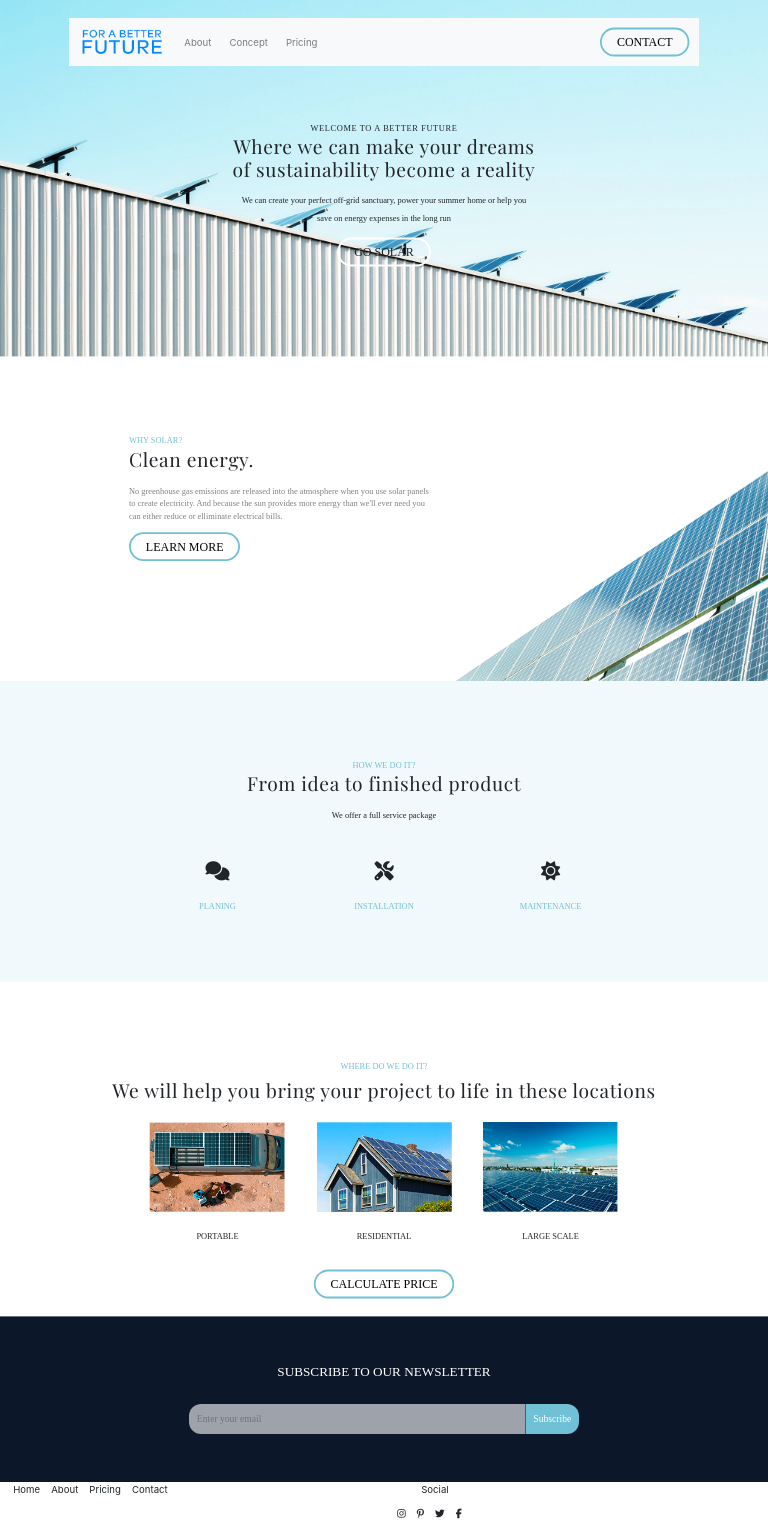
Repository: sabinemm/fabf
Page: index.html
The author's editor kept a record of every edit. The page is drawn from the files as they stood at one moment, then again after the next edit.
The browser window is 1280 px wide. The pictures show the whole page, at 60% of full size.
Backgrounds fixed to the window are drawn as part of the page. Some web fonts or font styles are not loaded; a fallback is used. Some web libraries are served in a nearby version.

Above is the page before.
Console error (its wording comes from the project's code and is left out).

### index.html
<!DOCTYPE html>
<html lang="en">

<head>
    <meta charset="UTF-8">
    <meta name="viewport" content="width=device-width, initial-scale=1.0">
    <meta http-equiv="X-UA-Compatible" content="ie=edge">
    <link rel="stylesheet" href="style.css" type="text/css" />
    <link rel="stylesheet" href="https://stackpath.bootstrapcdn.com/bootstrap/4.3.1/css/bootstrap.min.css" integrity="sha384-ggOyR0iXCbMQv3Xipma34MD+dH/1fQ784/j6cY/iJTQUOhcWr7x9JvoRxT2MZw1T" crossorigin="anonymous">
    <link rel="stylesheet" media="screen" href="https://fontlibrary.org/face/roundo" type="text/css" />
    <link rel="stylesheet" media="screen" href="https://fontlibrary.org/face/source-sans-pro" type="text/css" />
    <link href="https://fonts.googleapis.com/css?family=Playfair+Display&display=swap" rel="stylesheet">
     <script src="https://kit.fontawesome.com/7e530e9396.js"></script>
    <script src="//maxcdn.bootstrapcdn.com/bootstrap/3.3.0/js/bootstrap.min.js"></script>
    <script src="//code.jquery.com/jquery-1.11.1.min.js"></script>

    <title>FOR A BETTER FUTURE</title>
</head>

<body>

    <!–-----– NAVBAR ------->

    <div class="container">
        <nav class="navbar navbar-fixed-top navbar-expand-lg navbar-light bg-light">
            <a class="navbar-brand" href="#">
          <img src="img/logo.svg" height="50px"alt="logo">
        </a>
            <button class="navbar-toggler" type="button" data-toggle="collapse" data-target="#navbarText" aria-controls="navbarText" aria-expanded="false" aria-label="Toggle navigation">
    <span class="navbar-toggler-icon"></span>
  </button>
            <div class="collapse navbar-collapse justify-content-center" id="navbarText">
                <ul class="navbar-nav mr-auto">
                    <li class="nav-item">
                        <a class="nav-link" href="#">About</a>
                    </li>
                    <li class="nav-item">
                        <a class="nav-link" href="#">Concept</a>
                    </li>
                    <li class="nav-item">
                        <a class="nav-link" href="#">Pricing</a>
                    </li>
                </ul>
                <span class="navbar-text">
          <button type="button" class="btn btn-blue-border">CONTACT</button>
    </span>
            </div>
        </nav>
    </div>

    <!–-----– FIRST SECTION ------->

    <section id="parallax">
        <div class="container">
            <div class="ltitle text-center">
                <p class="uppercase stitle">WELCOME TO A BETTER FUTURE</p>
                <h2> Where we can make your dreams <br> of sustainability become a reality </h2>
                <p class="tparagraph"> We can create your perfect off-grid sanctuary, power your summer home or help you <br> save on energy expenses in the long run</p>
                <button type="button" class="btn  btn-transp-white-border">GO SOLAR</button>
            </div>
        </div>
    </section>

    <!–-----– SECOND SECTION - WHY?------->

    <section id="clean">
        <div class="container container-fluid section-2">
            <div class="row">
                <div class="col col-md-6">
                    <p class="uppercase stitle stitle-blue">WHY SOLAR?</p>
                    <h2 class="ltitle ltitle2"> Clean energy.</h2>
                    <p class="tparagraph tparagraph2"> No greenhouse gas emissions are released into the atmosphere when you use solar panels to create electricity. And because the sun provides more energy than we'll ever need you can either reduce or elliminate electrical bills. </p>
                    <button type="button" class="btn btn-blue-border">LEARN MORE</button>

                </div>
            </div>

            <div class="container">
                <div class="col col-md-6 offset-md-6">
                    <img src="img/sidepanel.png" class="sidepanel"></img>
                </div>
            </div>
        </div>

    </section>

    <!–-----– THIRD SECTION - HOW? ------->

    <section id="idea">
        <div class="idea-title text-center">
            <p class="uppercase stitle stitle-blue">HOW WE DO IT?</p>
            <h2 class="ltitle ltitle2"> From idea to finished product</h2>
            <p class="tparagraph">We offer a full service package</p>

        </div>
        <div class="container container-fluid ">
            <div class="row m-auto text-center justify-content-center">
                <div class=" col-sm-3 col-md-3">
                    <div class="#"><i class="fas fa-comments fa-2x"></i></div>
                    <p class="uppercase stitle stitle-blue stitlen">PLANING</p>
                </div>
                <div class="col-sm-3 col-md-3">
                    <div class="#"><i class="fas fa-tools fa-2x"></i></div>
                    <p class="uppercase stitle stitle-blue stitlen">INSTALLATION</p>
                </div>
                <div class="col-sm-3 col-md-3">
                    <div class="#"><i class="fas fa-sun fa-2x"></i></div>
                    <p class="uppercase stitle stitle-blue stitlen">MAINTENANCE</p>
                </div>
            </div>

        </div>

    </section>

    <!–-----– FOURTH SECTION - WHERE ------->

    <section id="where">
        <div class=" text-center">
            <p class="uppercase stitle stitle-blue">WHERE DO WE DO IT?</p>
            <h2 class="ltitle wheretitle">We will help you bring your project to life in these locations</h2>


        </div>
        <div class="container container-fluid ">
            <div class="row m-auto text-center justify-content-center">
                <div class=" col-sm-3 col-md-3">
                    <img class="whereimg" src="img/portable.png"></img>
                    <p class="uppercase stitle stitlen">PORTABLE</p>
                </div>
                <div class="col-sm-3 col-md-3">
                    <img class="whereimg" src="img/residential.png"></img>
                    <p class="uppercase stitle stitlen">RESIDENTIAL</p>
                </div>
                <div class="col-sm-3 col-md-3">
                    <img class="whereimg" src="img/large.png"></img>
                    <p class="uppercase stitle stitlen">LARGE SCALE</p>
                </div>
            </div>

        </div>

        <div class="container-fluid">
            <div class="row">
                <div class="col text-center">
                    <button type="button" class="btn btn-blue-border ">CALCULATE PRICE</button>
                </div>
            </div>
        </div>


    </section>

    <!–-----– FOOTER ------->

    <section class="home-newsletter">
        <div class="container">
            <div class="row">
                <div class="col-sm-12">
                    <div class="single">
                        <h2>Subscribe to our Newsletter</h2>
                        <div class="input-group">
                            <input type="email" class="form-control" placeholder="Enter your email">
                            <span class="input-group-btn">
         <button class="btn btn-theme" type="submit">Subscribe</button>
         </span>
                        </div>
                    </div>
                </div>
            </div>
        </div>
    </section>

    <section class="footer">
        <div class="container-fluid">
            <div class="row">
                <div class="col-sm-6">
                    <ul class="list-unstyled">
                        <li class="footer-item">Home</li>
                        <li class="footer-item">About</li>
                        <li class="footer-item">Pricing</li>
                        <li class="footer-item">Contact</li>

                    </ul>
                </div>
                <div class="col-sm-6">
                    <ul>
                    <li class="footer-item uppercase">Social</ul>
                    <li class="footer-item social-icon"><i class="fab fa-instagram"></i> </li>
                    <li class="footer-item social-icon"><i class="fab fa-pinterest-p"></i> </li>
                    <li class="footer-item social-icon"><i class="fab fa-twitter"></i> </li>
                    <li class="footer-item social-icon"><i class="fab fa-facebook-f"></i> </li>
                    </ul>
                </div>
            </div>
        </div>
    </section>
</body>

</html>

### style.css

/*-------------------navbar------------------*/

.navbar {
    margin-top: 30px;
    margin-left: 30px;
    margin-right: 30px;

}

@media (max-width:536px) {
    .navbar {
        margin-top: 15px;
        margin-left: 10px;
        margin-right: 10px;
    }
}

/*-------------------Buttons------------------*/

.btn-transp-white-border,
.btn-transp-white-border:hover,
.btn-transp-white-border:active,
.btn-transp-white-border:visited,
.btn-transp-white-border:active:focus,
.btn-transp-white-border:focus {
    background-color: rgba(0, 0, 0, 0);
    border: solid 3px white !important;
    border-radius: 30px !important;
    color: white;
    text-align: center;
    text-decoration: none;
    display: inline-block;
    font-size: 20px !important;
    font-family: 'SourceSansProRegular';
    padding-left: 25px !important;
    padding-right: 25px !important;
}


.btn-transp-white-border:hover {
    background-color: rgba(255, 255, 255, 0.5);
    padding-left: 25px;
    padding-right: 25px;
}


.btn-blue-border,
.btn-blue-border:hover,
.btn-blue-border:active,
.btn-blue-border:visited,
.btn-blue-border:active:focus,
.btn-blue-border:focus {
    background-color: rgba(0, 0, 0, 0) !important;
    border: solid 3px rgb(112, 192, 214) !important;
    border-radius: 30px !important;
    color: black !important;
    text-align: center;
    text-decoration: none;
    display: inline-block;
    font-size: 20px !important;
    font-family: 'SourceSansProRegular';
    padding-left: 25px !important;
    padding-right: 25px!important;
}

.btn-blue-border:hover {
    background-color: rgba(112, 192, 214, 0.5) !important;
    padding-left: 25px;
    padding-right: 25px;
}


/*-------------------SECTION 1 PAGE 1------------------*/

#parallax {
    background: url(img/1page1section.jpg);
    background-attachment: fixed;
    background-position: bottom;
    background-repeat: no-repeat;
    background-size: cover;
    margin-top: -110px;
}

@media (max-width:536px) {
    #parallax {
        margin-top: -110px;
    }
}

.stitle {
    font-size: 14px;
    font-family: 'RoundoRegular';
    font-weight: 500;
    font-style: normal;
    margin-bottom: -5px;
}

.ltitle {
    padding-top: 200px;
    font-family: 'Playfair Display';
    letter-spacing: 1px;
    line-height: 30px;
    padding-bottom: 150px;
}

@media (max-width:768px) {
    .ltitle {
        padding-top: 150px;
        padding-bottom: 100px;
    }
}

.tparagraph {
    padding-top: 10px;
    font-family: 'SourceSansProRegular';
    font-weight: normal;
    font-style: normal;
    font-size: 14px;
    letter-spacing: 0;
}

@media (max-width:768px) {
    br {
        display: none !important;
        visibility: hidden;
    }
}

/*-------------------SECTION 2 PAGE 1------------------*/
#clean {
    padding-left: 0;
}
@media (min-width:768px) {
#clean {
    padding-left: 200px;
}
}


.stitle-blue {
    color:rgb(112, 192, 214);
    padding-top: 70px;

}

@media (min-width:768px) {
    .stitle-blue {
        padding-top: 130px;
    }
}

.ltitle2 {
padding-top: 10px;
padding-bottom: 10px;
}

.tparagraph2 {
    color: gray;

}

.section-2 {
  padding-bottom: 100px;
}

.sidepanel {
position:relative;
float: right;
height:400px;
margin-top: -150px;
margin-right: -45px;
z-index: -1;
}

/*-------------------SECTION 3 PAGE 1------------------*/

#idea {
    background-color: rgb(242, 249, 252);
     padding-bottom: 70px;
}

.idea-title {;
    padding-bottom: 50px;
    margin-top: 100px;
}

.stitlen {
    padding-top: 30px;
    padding-bottom: 50px;
}

/*-------------------SECTION 4 PAGE 1------------------*/

.whereimg {
    height: 150px;
}

.wheretitle {
    padding-top: 20px;
    padding-bottom: 30px;
}


#where {
    padding-bottom: 30px;
}

/*-------------------FOOTER SUBSCRIPTION BOX------------------*/

.home-newsletter {
padding: 80px 0;
background: #0D172A;
}

.home-newsletter .single {
max-width: 650px;
margin: 0 auto;
text-align: center;
position: relative;
z-index: 2;
font-family: 'SourceSansProRegular';
}

.home-newsletter .single h2 {
font-size: 22px;
color: white;
text-transform: uppercase;
margin-bottom: 40px;

}

.home-newsletter .single .form-control {
height: 50px;
background: rgba(255, 255, 255, 0.6);
border-color: transparent;
border-radius: 20px 0 0 20px;

}

.home-newsletter .single .form-control:focus {
box-shadow: none;
border-color: #243c4f;

}

.home-newsletter .single .btn {
min-height: 50px;
border-radius: 0 20px 20px 0;
background: rgb(112, 192, 214);
color: #fff;
}


/*-------------------FOOTER SOCIAL------------------*/


.footer-item {
    display: inline-block;
}

ul {
  list-style-type: none;
}

li {
    padding-left: 7px;
    padding-right: 7px;
}

After the next edit:
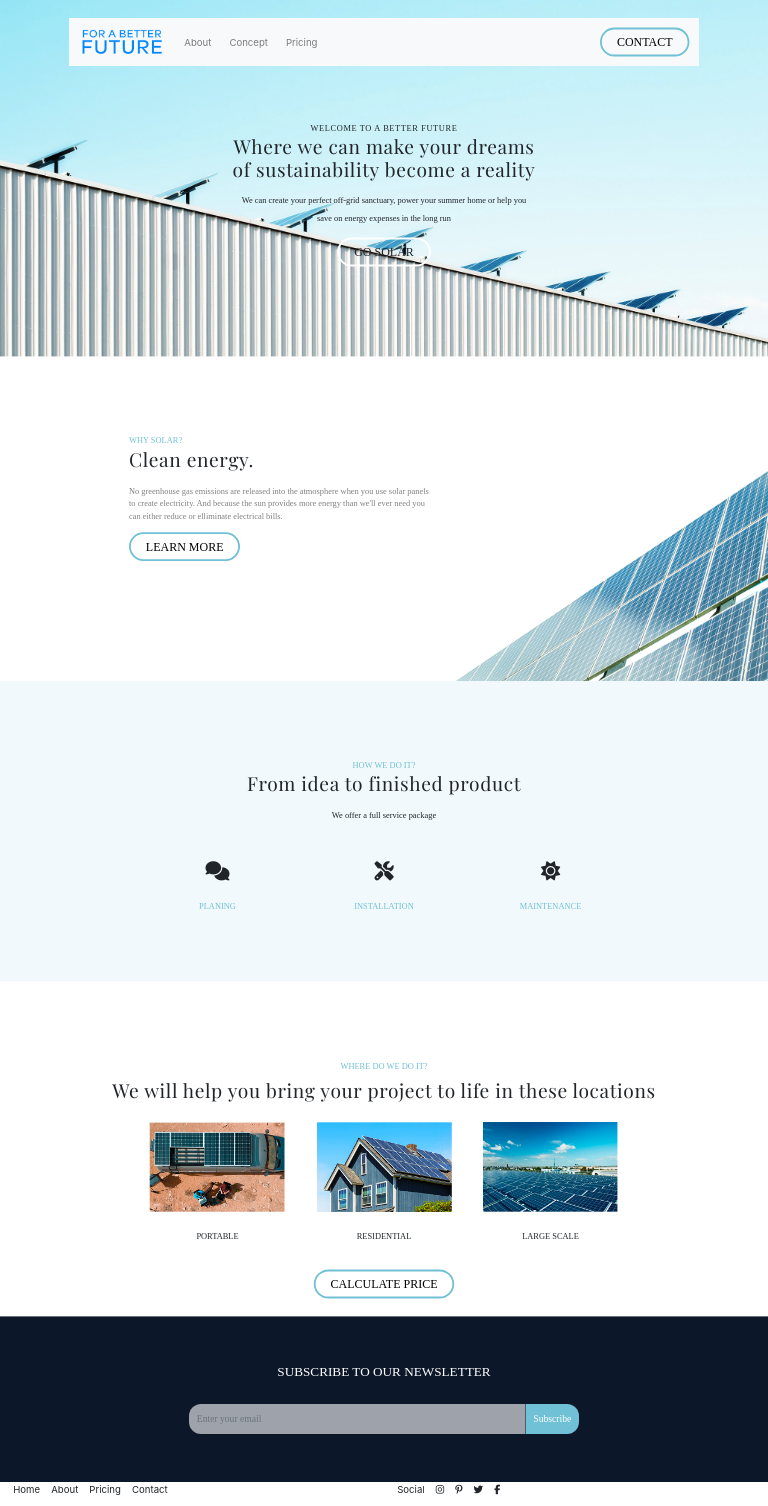
The edit:
--- a/index.html
+++ b/index.html
@@ -184,8 +184,8 @@
                     </ul>
                 </div>
                 <div class="col-sm-6">
-                    <ul>
-                    <li class="footer-item uppercase">Social</ul>
+                    <ul class="list-unstyled">
+                    <li class="footer-item">Social</li>
                     <li class="footer-item social-icon"><i class="fab fa-instagram"></i> </li>
                     <li class="footer-item social-icon"><i class="fab fa-pinterest-p"></i> </li>
                     <li class="footer-item social-icon"><i class="fab fa-twitter"></i> </li>
